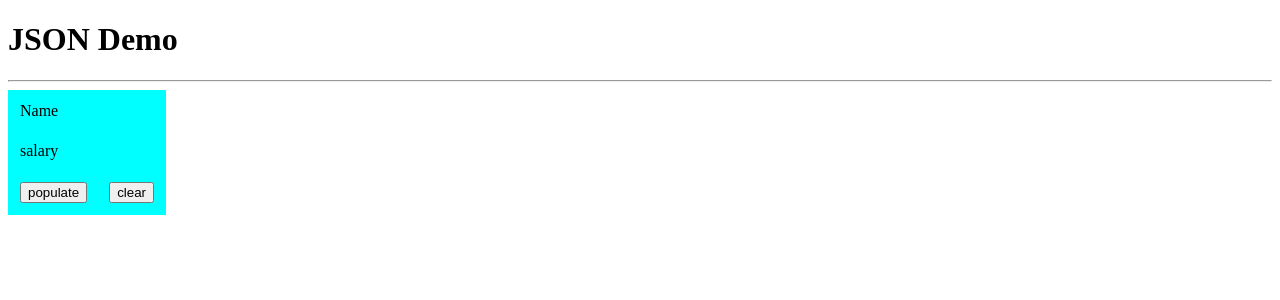
Repository: abhishekj720/HSBCLearn
Page: html/JSDemo/WebContent/WEB-INF/JsonDemo.html
An editor plug-in stored every save of this project. The page is shown before and after the next save, followed by the edit.
The browser window is 1280 px wide. The pictures show the whole page.

Above is the page before, as saved 2019-07-31 06:24:21.

### html/JSDemo/WebContent/WEB-INF/JsonDemo.html
<!DOCTYPE html>
<html>
<head>
<meta charset="ISO-8859-1">
<title>Insert title here</title>
<script>

</script>

</head>
<body>
<h1>JSON Demo</h1>
<hr/>
<table cellpadding="10" bgcolor="cyan">
	<tr><td>Name</td>
	<td id="tname"></td>
	</tr>
	<tr><td>salary</td>
	<td id="tsal"></td>
	</tr>
	<tr><td><input type="button" value="populate" onclick="display()"/></td>
	<td><input type="button" value="clear" onclick="clearData()"/></td>
	</tr>
</table>
</body>
</html>

After the next save:
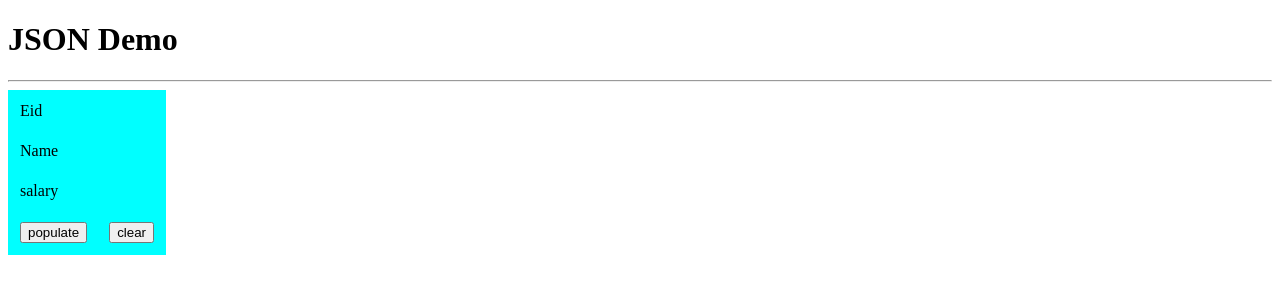
Saved 84 s later.
--- a/html/JSDemo/WebContent/WEB-INF/JsonDemo.html
+++ b/html/JSDemo/WebContent/WEB-INF/JsonDemo.html
@@ -4,7 +4,12 @@
 <meta charset="ISO-8859-1">
 <title>Insert title here</title>
 <script>
-
+var json={"eid":1001,"ename":"ram","sal":34000};
+function display(){
+	document.getElementById("teid").innerHTML=json.eid;
+	document.getElementById("tname").innerHTML=json.name;
+	document.getElementById("tsal").innerHTML=json.sal;
+}
 </script>
 
 </head>
@@ -12,6 +17,9 @@
 <h1>JSON Demo</h1>
 <hr/>
 <table cellpadding="10" bgcolor="cyan">
+	<tr><td>Eid</td>
+	<td id="teid"></td>
+	</tr>
 	<tr><td>Name</td>
 	<td id="tname"></td>
 	</tr>
